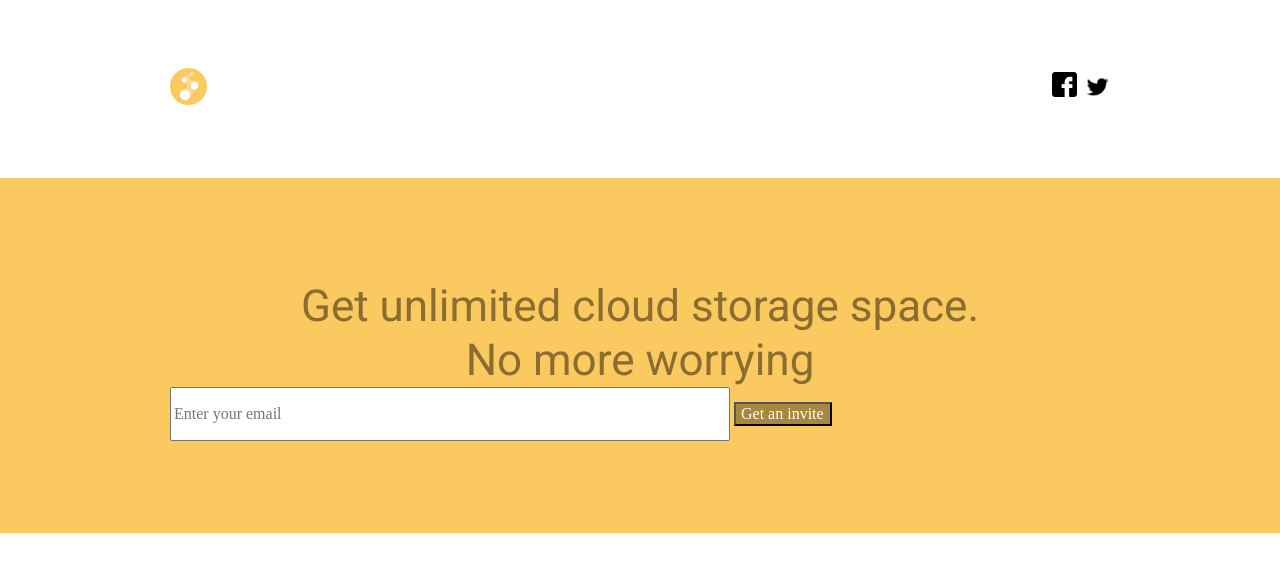
Repository: AndreyMykulych/user_home_work_Mykulych
Page: index.html
The author's editor kept a copy of each file at every save. The page is drawn from the files as they stood at one save, then again after a run of saves.
The browser window is 1280 px wide. The pictures show the whole page.

Above is the page before, as saved 2023-02-27 16:29:50.

### index.html
<!DOCTYPE html>
<html lang="en">
<head>
    <meta charset="UTF-8">
    <meta http-equiv="X-UA-Compatible" content="IE=edge">
    <meta name="viewport" content="width=device-width, initial-scale=1.0">
    <title>Document</title>
    <link  rel="stylesheet"  href="styles/normalize.css">
    <link  rel="stylesheet"  href="styles/style.css">
    <link rel="preconnect" href="https://fonts.googleapis.com">
<link rel="preconnect" href="https://fonts.gstatic.com" crossorigin>
<link href="https://fonts.googleapis.com/css2?family=Roboto&display=swap" rel="stylesheet">

</head>
<body>
    <div class="wrapper">
        <h1 class="first-block">
            <img class="logo-Photo" src="/3/img/IMAGE.png" alt="main">
        </h1>

            <h1 class="second-block">
                <img class="Fb-Photo" src="3/img/fb-icon.png" alt="FB">
                <img class="Twit-Photo" src="/3/img/Frame.png" alt="Twitter">
            </h1>
    </div>
    <div class="input-back">
    <div class="input-conteiner">
        <p class="text_1">Get unlimited cloud storage space.</p>
        <p class="text_2">No more worrying</p>
        <form>
            <input placeholder="Enter your email" type="email" id="email" name="email">
            <button>Get an invite</button>
          </form>

    </div>
</div>
</body>
</html>

### styles/style.css
*{
    box-sizing: border-box;
}

.wrapper {
    margin: 0 auto;
    width: 940px;
    margin-top:47px;
}
h1 {
    display: inline-block;
}
.first-block {
    text-align: left;
}
.second-block {
    float: right;
}
.logo-Photo {
    width: 37px;
    height: 37px;
}
.Fb-Photo {
width: 25px;
height: 25px;

}
.Twit-Photo{
    width: 25px;
    height: 21px;
}
.input-back{
    background-color: #FAC960;
    height: auto;
    margin-top:43px;

}
.input-conteiner {
    width: 940px;
    margin: 0 auto;
   padding-top:91px;
   padding-bottom: 92px;
}
p {
    margin: 0px;
    display: block;
    font-family: 'Roboto', sans-serif;
    text-align: center;
    font-style: normal;
    font-weight: 400;
    font-size: 44px;
    line-height: 54px;
    color: #8A6D2F;
}

.text_1 {
    padding-top: 10px;
}
.text_2{

    margin-top: 0px;
}
form {
    display: inline-block;

}
input {
    width: 560px;
    height: 54px;
}
button {
      padding-left: 5px;
      background-color: #A8863D;
      color: #fff;
}

Loaded but not shown: styles/normalize.css (library)

After the next 2 saves:
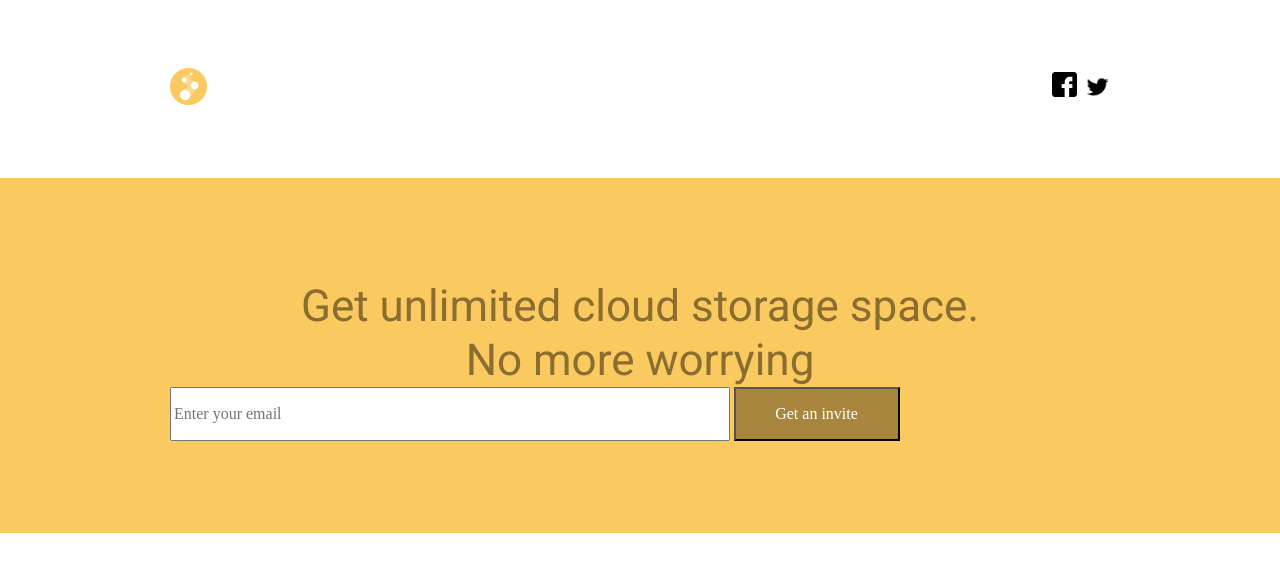
The 2 saves are shown as one change because they came seconds apart.
The last was saved 27 s later.
--- a/styles/style.css
+++ b/styles/style.css
@@ -69,6 +69,8 @@ input {
     height: 54px;
 }
 button {
+    width: 166px;
+    height: 54px;
       padding-left: 5px;
       background-color: #A8863D;
       color: #fff;
